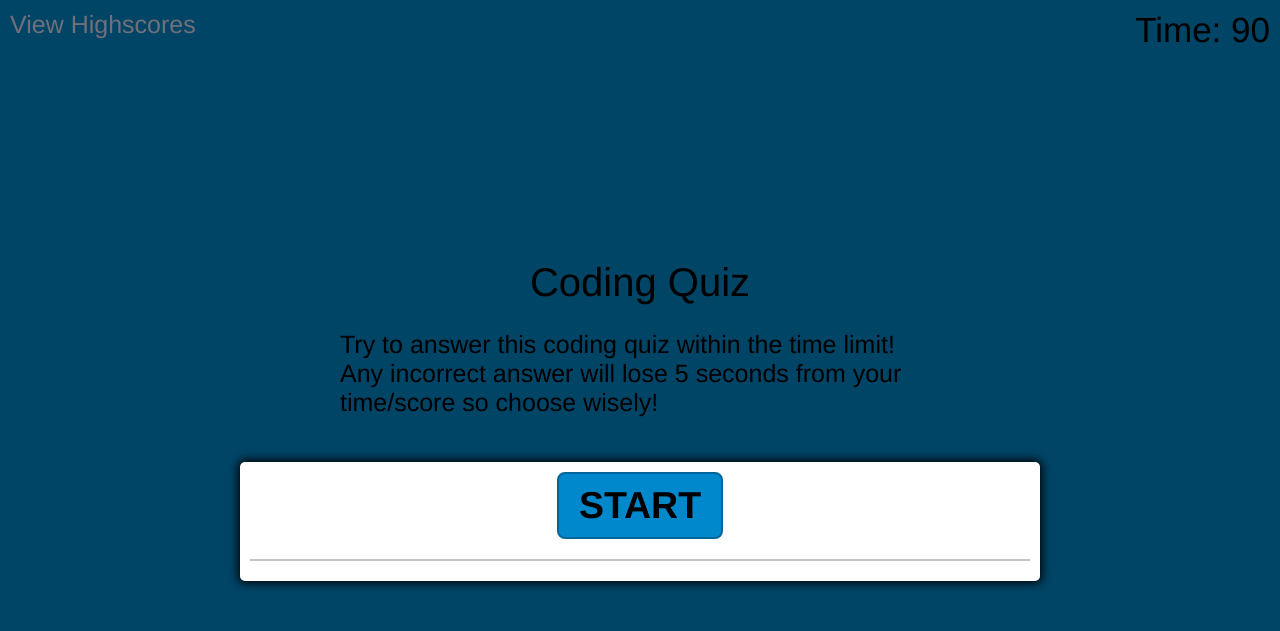
Repository: Vshepard879/Code-Quiz
Page: index.html
These files come from the project's save history. The page is drawn as it stood at one moment and after the next save; the edit follows.
The browser window is 1280 px wide. The pictures show the whole page.

Above is the page before, as saved 2022-03-20 13:58:42.

### index.html
<!DOCTYPE html>
<html lang="en">
<head>
    <meta charset="UTF-8">
    <meta http-equiv="X-UA-Compatible" content="IE=edge">
    <meta name="viewport" content="width=device-width, initial-scale=1.0">
    <link href="./assets/css/style.css" link rel="stylesheet">
    <script defer src="./assets/js/script.js"></script>
    <script defer src="./assets/js/questions.js"></script>
    <title>Quiz App</title>
</head>

<body>
    <header>Coding Quiz
<br>
        <p>
            Try to answer this coding quiz within the time limit!
<br>

            Any incorrect answer will lose 5 seconds from your time/score so choose wisely!
        </p>
    </header>
    <div class ="scores"><a href="score.html">View Highscores</a></div>

    <div class="timer">Time: <span id="time">90</span></div>

    <!--Start Quiz Container-->
    <div class="container">

        <div id="end-screen" class="hide">
            <h2>All done!</h2>
            <p>Your final score is <span id="final-score"></span>.</p>
            <p>
              Enter initials: <input type="text" id="initials-input-field" max="3" />
              <button id="submit-btn">Submit</button>
            </p>
          </div>

        <div id="question-container" class="hide">
                <div id="question">Question</div>
                <div id="answer-buttons" class="btn-grid">
                <button class="btn">Answer 1</button>
                <button class="btn">Answer 2</button>
                <button class="btn">Answer 3</button>
                <button class="btn">Answer 4</button>
            </div>
        </div>

        <div class="controls counts">
            <button id="start-btn" class="start-btn btn">START</button>
        </div>

        <div id="answer-response" class="answer-response"></div>





    </div>
</body>
</html>

### assets/css/style.css
*, *::before, *::after {
    box-sizing: border-box;
    font-family: 'Franklin Gothic Medium', 'Arial Narrow', Arial, sans-serif;
    font-size: 25px;
}

:root {
    --hue-neutral: 200;


}

header {

    font-size: 40px;
    display: flex;
    flex-direction: column;
    position: relative;
    align-items:center;
    padding: 20px 0 20px 0;
    margin: 100px auto 0 auto;
  max-width: 600px;
}



body{
    --hue: var(--hue-neutral);
    padding: 0;
    margin: 0;
    display: flex;
    flex-direction: column;
    width: 100vw;
    height: 100vh;
    justify-content:center;
    align-items:center;
    background-color:hsl(var(--hue), 100%, 20%);
}

 .answer-response {
    font-style: italic;
    font-size: 25px;
    margin-top: 20px;
    padding-top: 10px;
    color: gray;
    border-top: 2px solid rgb(201, 193, 193);
}

.hide {
    display: none;
  }
.scores {
    position: absolute;
    top: 10px;
    left: 10px;
  }

  .timer {
    position: absolute;
    top: 10px;
    right: 10px;
    color: black;
    font-size: 35px;
}

span {
    font-size: 35px;
}

    a {
        color:  #70707a;
        text-decoration: none;
        transition: color 0.1s;
      }

      a:hover {
        color: whitesmoke;}

p {
    color:black;
    font-size: 25px;
    font-weight: normal;

}

 .container {
    width: 800px;
    max-width: 70%;
    background-color: white;
    border-radius: 5px;
    padding: 10px;
    box-shadow: 0 0 10px 2px;
}

.hide {
    display: none;
  }

  .start {
    text-align: center;
  }

  .scores {
    position: absolute;
    top: 10px;
    left: 10px;
    color:aliceblue;
  }

.btn-grid {
    display: grid;
    grid-template-columns: repeat(2, auto);
    gap: 15px;
    margin: 20px 0;
}

.btn {
    --hue: var(--hue-neutral);
    border: 2px solid hsl(var(--hue),100%, 30%);
    background-color: hsl(var(--hue), 100%, 40%);
    border-radius: 8px;
    padding: 5px 10px;
    color: black;
    outline: none;
}

.btn:hover {
    border-color: black;
}


.start-btn {
    font-size: 1.5rem;
    font-weight: bold;
    padding: 10px 20px;
}

.controls {
    display: flex;
    justify-content: center;
    align-items: center;
    gap: 5px;
}

.hide {
    display: none;
}

### assets/js/script.js
const startButton = document.getElementById('start-btn');
const questionContainerElement = document.getElementById('question-container');
const questionElement = document.getElementById( 'question');
const answerButtonsElement = document.getElementById('answer-buttons');
var timerEl = document.getElementById('time');
const submitButton = document.getElementById('submit-btn')
const endScreen = document.getElementById('end-screen')
var shuffledQuestions, currentQuestionIndex, currentScore
var timer
var timeRemaining = 90
var initialsInputFieldEl =  document.getElementById('initials-input-field')
var answerResponse = document.getElementById('answer-response')
startButton.addEventListener('click', startQuiz)
submitButton.addEventListener('click', submitScore)
// function that starts the Quiz

function startQuiz() {
    if (!endScreen.classList.contains('hide')) {
        endScreen.classList.add('hide')
    }


    startButton.classList.add("hide")
    // randomizes question order
    shuffledQuestions = questions.sort(() => Math.random() - .5)
    currentQuestionIndex = 0
    currentScore = 0
    questionContainerElement.classList.remove("hide")
    setNextQuestion()
    startTimer()

}

function startTimer() {
    timeRemaining = 90
    timer = setInterval(updateRemainingTime, 1000)
}

function updateRemainingTime() {
    timeRemaining--
    timerEl.textContent = timeRemaining
    if (timeRemaining <= 0){
        endQuiz()
    }

}

function setNextQuestion() {
    resetState()
    showQuestion(shuffledQuestions[currentQuestionIndex])
    }
function showQuestion(question) {
    questionElement.innerText =question.question
    question.answers.forEach(answer => {
        const button = document.createElement('button')
        button.innerText = answer.text
        button.classList.add('btn')
      if   (answer.correct) {
          button.dataset.correct = answer.correct
      }
      button.addEventListener('click', selectAnswer)
      button.addEventListener('mouseleave', hidePreviousAnswerResult)
      answerButtonsElement.appendChild(button)
    })
}

function endQuiz() {
    submitButton.classList.remove('hide')
    // startButton.innerText = 'Restart'
    //startButton.classList.remove('hide')
    questionContainerElement.classList.add('hide')
    endScreen.classList.remove('hide')
    clearInterval(timer)
    var finalScore = document.getElementById('final-score')
    finalScore.textContent = timeRemaining
}

function submitScore() {
    var initials = initialsInputFieldEl.value.trim();
    console.log(initials)
    var newScore = {
        initials: initials,
        score: timeRemaining,
    }

    // get saved scores from local storage, or if not any, set to empty array
    var highScores = JSON.parse(window.localStorage.getItem("highScores")) || [];

    highScores.push(newScore)
    window.localStorage.setItem("highScores", JSON.stringify(highScores));

    submitButton.classList.add('hide')

     // redirect to next page
     window.location.href = "score.html";
}
// this function is used to reset each question
function resetState() {
    while (answerButtonsElement.firstChild) {
        answerButtonsElement.removeChild
        (answerButtonsElement.firstChild)
    }
}

function selectAnswer(v) {
    const selectedButton = v.target
    const correct = selectedButton.dataset.correct
    currentQuestionIndex++

    if (correct) {
        console.log("correct!")
        answerResponse.textContent = "Correct!";
        answerResponse.style.color = "green";
        answerResponse.classList.remove('hide');
    } else {
        answerResponse.textContent = "Wrong!";
        answerResponse.style.color = "red";
        answerResponse.classList.remove('hide');

         //decrease time
        timeRemaining = timeRemaining - 5
        timerEl.textContent = timeRemaining
        if(timeRemaining <= 0){
            endQuiz();
        }
    }

    if (shuffledQuestions.length - 1 < currentQuestionIndex ) {
        endQuiz();
    } else {

        setNextQuestion()
    }
}

function hidePreviousAnswerResult(){
    answerResponse.textContent = "";
}





// flash right/wrong answer-response
   // answerResponse.setAttribute("class", "answer-response");
//setTimeout(function() {
  //answerResponse.setAttribute("class", "answer-response hide");
//}, 1000);

### assets/js/questions.js
// the arrays of questions and answers
const questions = [
    {
        question: 'Which of these is not one of the 3 Initial coding languages?',
        answers: [
            { text:'Python', correct: true},
            { text:'HTML', correct: false},
            { text:'CSS', correct: false},
            { text:'JavaScript', correct: false},
        ]
    },
    {
        question: 'What does the C in CSS stand for?',
        answers: [
            { text:'Chocolate', correct: false},
            { text:'Corporate', correct: false},
            { text:'Cascading', correct: true},
            { text:'Computer', correct: false},
        ]
    },
    {
        question: 'Arrays in Javascript can be used to store?',
        answers: [
            { text:'Numbers and Strings', correct: false},
            { text:'Booleans', correct: false},
            { text:'Other Arrays', correct: false},
            { text:'All of the above', correct: true},
        ]
    },
    {
        question: 'The condition in an if/else statement are store in?',
        answers: [
            { text:'Parenthesis', correct: true},
            { text:'curly brackets', correct: false},
            { text:'brackets', correct: false},
            { text:'commas', correct: false},
        ]},
        {
            question: 'A very useful tool during the development and debugging stage used to print to the debugger is?',
            answers: [
                { text:'Array', correct: false},
                { text:'.dataset', correct: false},
                { text:'console.log', correct: true},
                { text:'=>', correct: false},
            ]},
            {
                question: 'Commonly used data types do not include?',
                answers: [
                    { text:'Booleans', correct: false},
                    { text:'Strings', correct: false},
                    { text:'Numbers', correct: false},
                    { text:'Alerts', correct: true},
                ]},
            ]

After the next save:
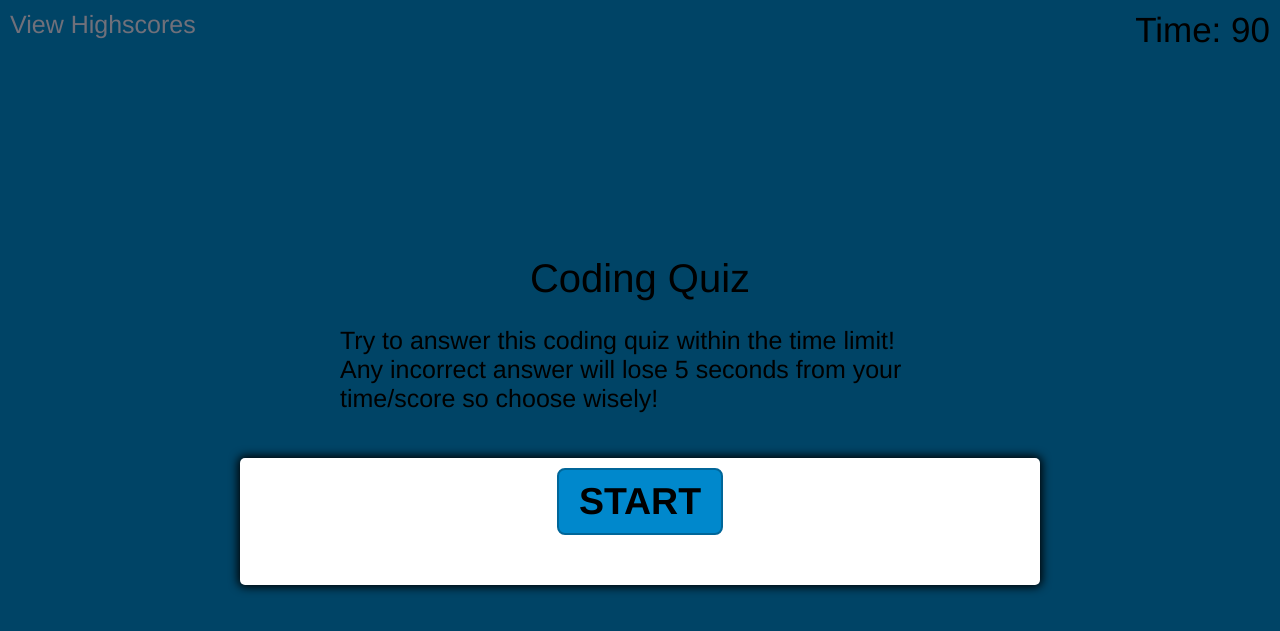
Saved 2 min 33 s later.
--- a/assets/css/style.css
+++ b/assets/css/style.css
@@ -39,10 +39,13 @@ body{
 
  .answer-response {
     font-style: italic;
-    font-size: 25px;
+    font-size: 120%;
     margin-top: 20px;
     padding-top: 10px;
     color: gray;
+    width:fit-content;
+    height: 20px;
+
     border-top: 2px solid rgb(201, 193, 193);
 }
 
